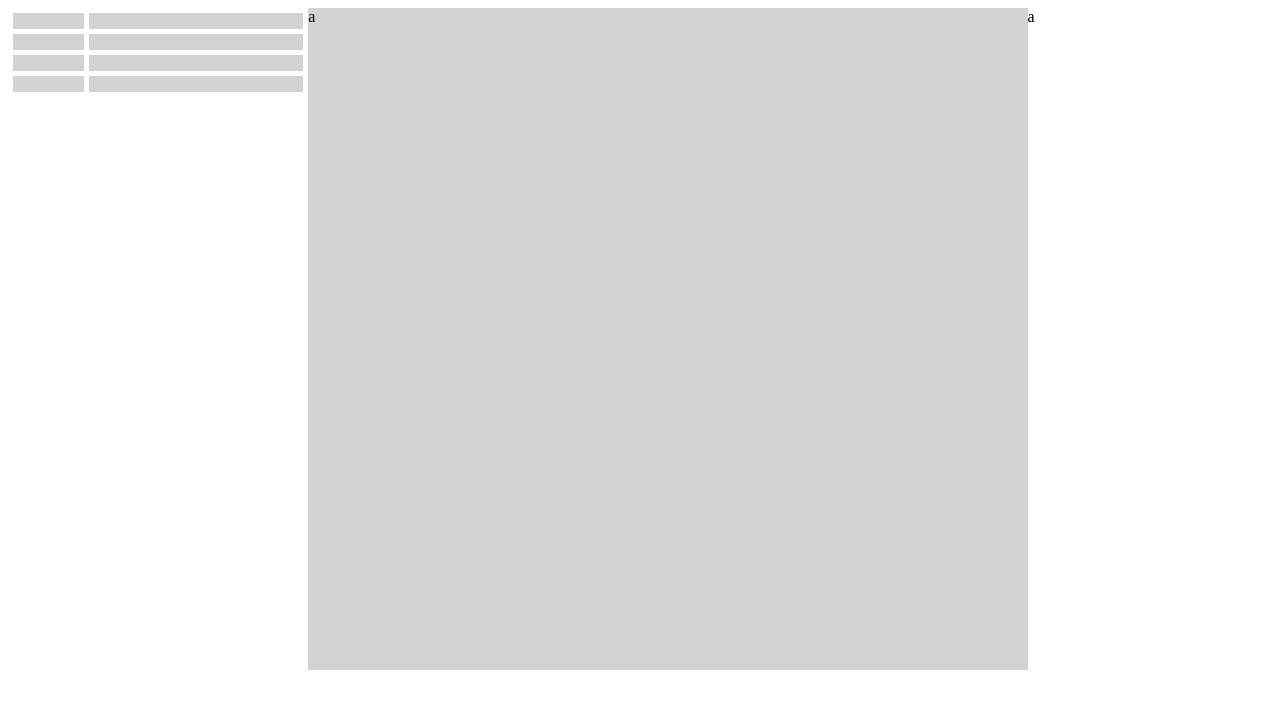
Repository: tr2cky/exercise2
Page: index.html
The author's editor kept a copy of each file at every save. The page is drawn from the files as they stood at one save, then again after the next save.
The browser window is 1280 px wide. The pictures show the whole page.

Above is the page before, as saved 2022-10-01 11:34:28.

### index.html
<!DOCTYPE html>
<html lang="en">

<head>
    <meta charset="UTF-8">
    <meta http-equiv="X-UA-Compatible" content="IE=edge">
    <meta name="viewport" content="width=device-width, initial-scale=1.0">
    <link rel="stylesheet" href="style.css">
    <title>Document</title>
</head>

<body>
    <div class="container">
        <div class="side1">
        <div id="box1"></div>
        <div id="box2"></div>
        <div id="box3"></div>
        <div id="box4"></div>
        <div id="box5"></div>
        <div id="box6"></div>
        <div id="box7"></div>
        <div id="box8"></div>
        </div>
        <main>
            a
        </main>
        <div class="side2">
            a
        </div>
    </div>
</body>

</html>

### style.css
.container {
    display: flex;
    flex-direction: row;
    height: 92vh;
}
main {
    flex-grow: 3;
    background-color: lightgray;
}
.side1 {
    flex-grow: 1;
    display: grid;
    grid-template-columns: 1fr 3fr;
    grid-auto-rows: 1em;
    gap: 5px;
    margin: 5px;
}
.side2 {
    flex-grow: 1;
}
.side1 div {
    background-color: lightgray;
}
#box1 {
    border: 1px solid lightgray;
    padding: 5px;
}

After the next save:
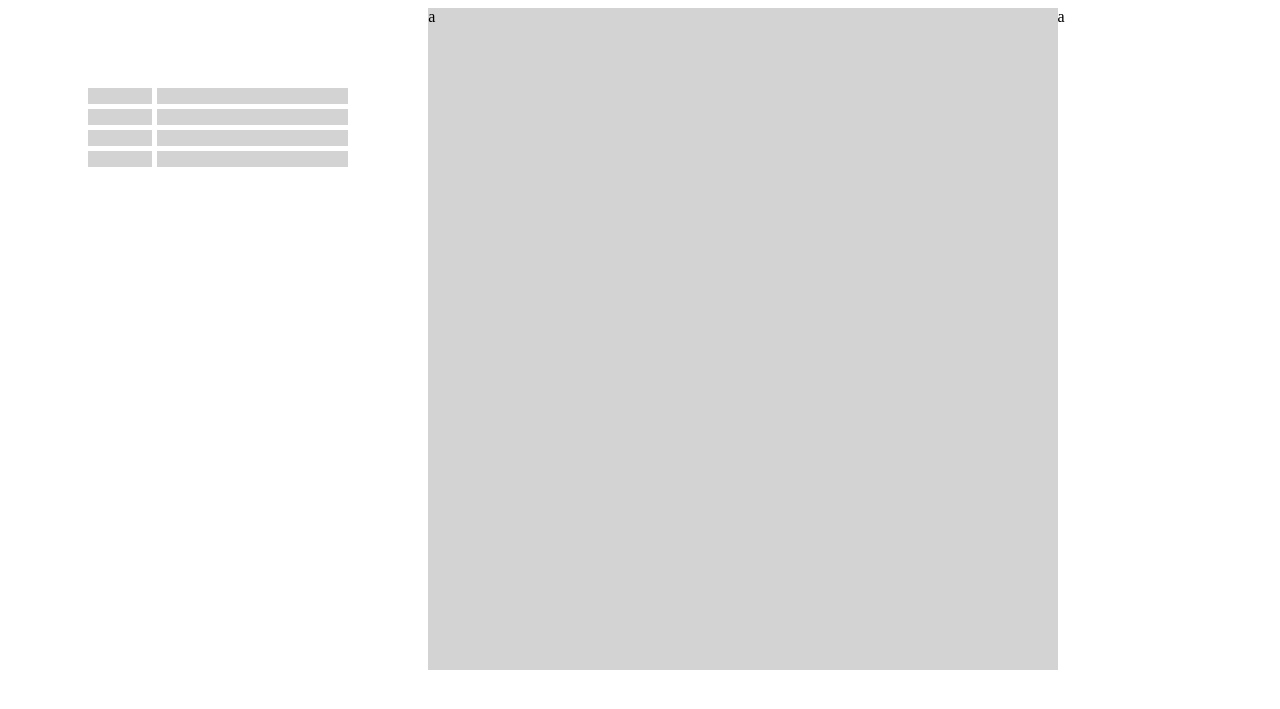
Saved 11 s later.
--- a/style.css
+++ b/style.css
@@ -13,7 +13,7 @@ main {
     grid-template-columns: 1fr 3fr;
     grid-auto-rows: 1em;
     gap: 5px;
-    margin: 5px;
+    margin: 5em;
 }
 .side2 {
     flex-grow: 1;
